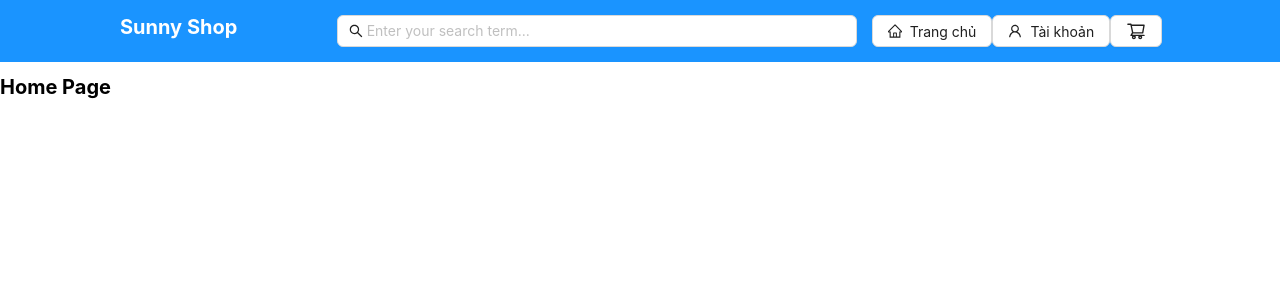
Repository: manhhieu120499/E-Commerce
Page: /
An editor plug-in stored every save of this project. The page is shown before and after the next save, followed by the edit.
The browser window is 1280 px wide. The pictures show the whole page.
The project was rebuilt for these pictures with package versions that can differ from the ones it lists, and the page was loaded fresh each time. Also part of the build but not shown: src/pages/product/Product.js, src/pages/order/Order.js, src/pages/notFound/NotFound.js, src/layouts/NormalLayout/NormalLayout.js.

Above is the page before, as saved 2025-01-01 11:39:05.

### src/index.js
import React from "react";
import ReactDOM from "react-dom/client";
import App from "./App";
import reportWebVitals from "./reportWebVitals";
import GlobalStyle from "./GlobalStyles";
import { Provider } from "react-redux";
import store from "./redux/store";

const root = ReactDOM.createRoot(document.getElementById("root"));
root.render(
  <React.StrictMode>
    <Provider store={store}>
      <GlobalStyle>
        <App />
      </GlobalStyle>
    </Provider>
  </React.StrictMode>
);

// If you want to start measuring performance in your app, pass a function
// to log results (for example: reportWebVitals(console.log))
// or send to an analytics endpoint. Learn more: https://bit.ly/CRA-vitals
reportWebVitals();

### src/App.js
import React from "react";
import { BrowserRouter as Router, Route, Routes } from "react-router-dom";
import { publicRoute } from "./route";
function App() {
  return (
    <div className="App">
      <Router>
        <Routes>
          {publicRoute.map((route) => {
            const Page = route.component;
            const Layout = route.layout;
            return (
              <Route
                key={route.path}
                path={route.path}
                element={
                  <Layout>
                    <Page />
                  </Layout>
                }
              />
            );
          })}
        </Routes>
      </Router>
    </div>
  );
}

export default App;

### src/redux/store.js
import { configureStore } from "@reduxjs/toolkit";
import productSlice from "./slices/productSlice";

const store = configureStore({
    reducer: {
        product: productSlice
    }
})

export default store;

### src/route/index.js
import { Home, Product, Order, NotFound } from "../pages";
import { DefaultLayout, NormalLayout } from "../layouts";

const publicRoute = [
  {
    path: "/",
    component: Home,
    layout: DefaultLayout,
  },
  {
    path: "/product",
    component: Product,
    layout: DefaultLayout,
  },
  {
    path: "/order",
    component: Order,
    layout: DefaultLayout,
  },
  {
    path: "*",
    component: NotFound,
    layout: NormalLayout,
  },
];

const privateRoute = [];

export { publicRoute, privateRoute };

### src/GlobalStyles/GlobalStyles.js
import "./css/GlobalStyles.css";
export default function GlobalStyle({ children }) {
    return (
        <div className="wrapper">
            { children }
        </div>
    )
}

### src/redux/slices/productSlice.js
import { createSlice } from "@reduxjs/toolkit";

// const initialState = {
//     products: [],
// }

// export const productSlice = createSlice({
//     name: 'productSlice',
//     initialState,
//     reducers:{
//         setProduct: (state, action) => {
//             return {...state}
//         }
//     }
// })

const initialState = {
    value: 0
}

const productSlice = createSlice({
    name: 'productSlice',
    initialState,
    reducers: {
        increase: (state, action) => {
            return {...state, value: state.value + 1}
        },
        decrease: (state, action) => {
            return {...state, value: state.value - 1}
        }
    }
})

export const { increase, decrease } = productSlice.actions;

export default productSlice.reducer;

### src/pages/index.js
import Home from "./home";
import Product from "./product";
import Order from "./order";
import NotFound from "./notFound";

export { Home, Product, Order, NotFound };

### src/layouts/index.js
import DefaultLayout from "./DefaultLayout";
import NormalLayout from "./NormalLayout";

export { DefaultLayout, NormalLayout };

### src/GlobalStyles/css/GlobalStyles.css
/* @import "antd/dist/antd.css"; */
body {
  margin: 0;
  font-family: -apple-system, BlinkMacSystemFont, 'Segoe UI', 'Roboto', 'Oxygen',
    'Ubuntu', 'Cantarell', 'Fira Sans', 'Droid Sans', 'Helvetica Neue',
    sans-serif;
  -webkit-font-smoothing: antialiased;
  -moz-osx-font-smoothing: grayscale;
  box-sizing: border-box;
  padding: 0;
}

html {
  font-size: 62.5%;
}

.wrapper {
  max-width: 100vw;
  margin: 0 auto;
}

### src/pages/product/index.js
export { default } from './Product'

### src/layouts/NormalLayout/index.js
export { default } from "./NormalLayout";

### src/pages/home/Home.js
export default function Home({children}) {
    return (
        <h1>Home Page</h1>
    )
}

### src/layouts/DefaultLayout/DefaultLayout.js
import { Header } from "../../components";

export default function DefaultLayout({ children }) {
  return (
    <div className="wrapper">
      <Header />
      {children}
    </div>
  );
}

### src/components/index.js
import Header from "./Header";
export { Header };

### src/components/Header/Header.js
import { Button, Col, Row } from "antd";
import { WrapperRow, WrapperSpan } from "./HeaderStyle";
import Search from "antd/es/transfer/search";
import {
  HomeOutlined,
  ShoppingCartOutlined,
  UserOutlined,
} from "@ant-design/icons";

export default function Header({ children }) {
  return (
    <div>
      <WrapperRow>
        <Col span={5}>
          <WrapperSpan>Sunny Shop</WrapperSpan>
        </Col>
        <Col span={12}>
          <Search
            placeholder="Enter your search term..."
            allowClear
            style={{
              width: 200,
              height: 60,
            }}
          />
        </Col>
        <Col
          span={7}
          style={{
            display: "flex",
            alignItems: "center",
            justifyContent: "space-around",
            padding: "0 15px",
          }}
        >
          <Button>
            <HomeOutlined />
            <span>Trang chủ</span>
          </Button>
          <Button>
            <UserOutlined />
            <span>Tài khoản</span>
          </Button>
          <Button>
            <ShoppingCartOutlined style={{ fontSize: 20 }} />
          </Button>
        </Col>
      </WrapperRow>
    </div>
  );
}

### src/components/Header/HeaderStyle.js
import { Row } from "antd";
import styled from "styled-components";

export const WrapperRow = styled(Row)`
  padding: 15px 120px;
  background-color: rgb(26, 148, 255);
`;

export const WrapperSpan = styled.span`
  font-size: 20px;
  font-weight: 700;
  color: white;
`;

Loaded but not shown: public/index.html (common file); src/reportWebVitals.js (common file); src/GlobalStyles/index.js (common file); src/pages/home/index.js (common file); src/pages/order/index.js (common file); src/pages/notFound/index.js (common file); src/layouts/DefaultLayout/index.js (common file); src/components/Header/index.js (common file)

After the next save:
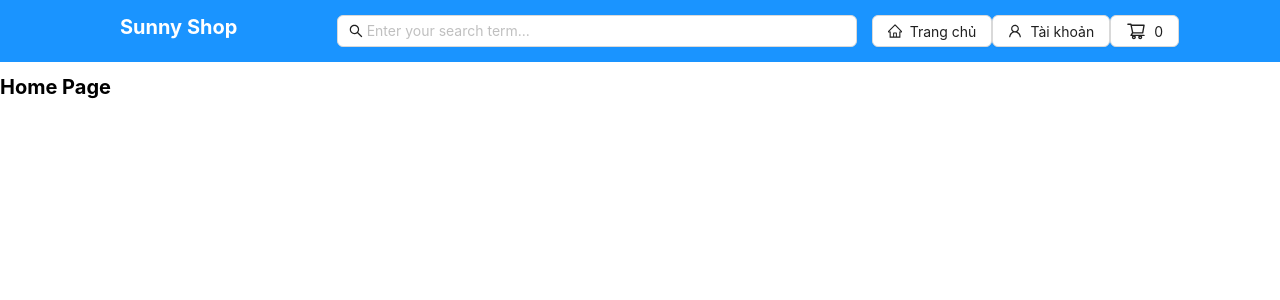
Saved 118 s later.
--- a/src/components/Header/Header.js
+++ b/src/components/Header/Header.js
@@ -43,6 +43,7 @@
           </Button>
           <Button>
             <ShoppingCartOutlined style={{ fontSize: 20 }} />
+            <span>0</span>
           </Button>
         </Col>
       </WrapperRow>

After the 2 saves that followed:
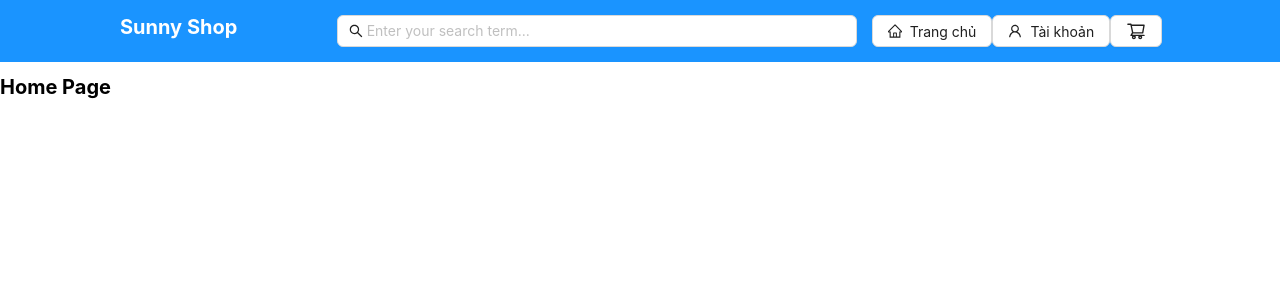
The 2 saves are shown as one change because 1 left the picture as it was.
The last was saved 5 min 4 s later.
--- a/src/components/Header/Header.js
+++ b/src/components/Header/Header.js
@@ -1,5 +1,11 @@
 import { Button, Col, Row } from "antd";
-import { WrapperRow, WrapperSpan } from "./HeaderStyle";
+import {
+  ShoppingCartText,
+  WrapperRow,
+  WrapperShoppingCart,
+  WrapperShoppingCartText,
+  WrapperSpan,
+} from "./HeaderStyle";
 import Search from "antd/es/transfer/search";
 import {
   HomeOutlined,
@@ -42,8 +48,12 @@
             <span>Tài khoản</span>
           </Button>
           <Button>
-            <ShoppingCartOutlined style={{ fontSize: 20 }} />
-            <span>0</span>
+            <WrapperShoppingCart>
+              <ShoppingCartOutlined style={{ fontSize: 20 }} />
+              <WrapperShoppingCartText>
+                <ShoppingCartText />
+              </WrapperShoppingCartText>
+            </WrapperShoppingCart>
           </Button>
         </Col>
       </WrapperRow>
--- a/src/components/Header/HeaderStyle.js
+++ b/src/components/Header/HeaderStyle.js
@@ -11,3 +11,23 @@ export const WrapperSpan = styled.span`
   font-weight: 700;
   color: white;
 `;
+
+export const WrapperShoppingCart = styled.div`
+  position: relative;
+  width: 100%;
+`;
+
+export const WrapperShoppingCartText = styled.div`
+  position: absolute;
+  top: 10px;
+  right: 10px;
+  width: 30px;
+  height: 30px;
+  border-radius: 50%;
+  background-color: "yellow";
+`;
+
+export const ShoppingCartText = styled.span`
+  font-size: 12px;
+  color: black;
+`;
